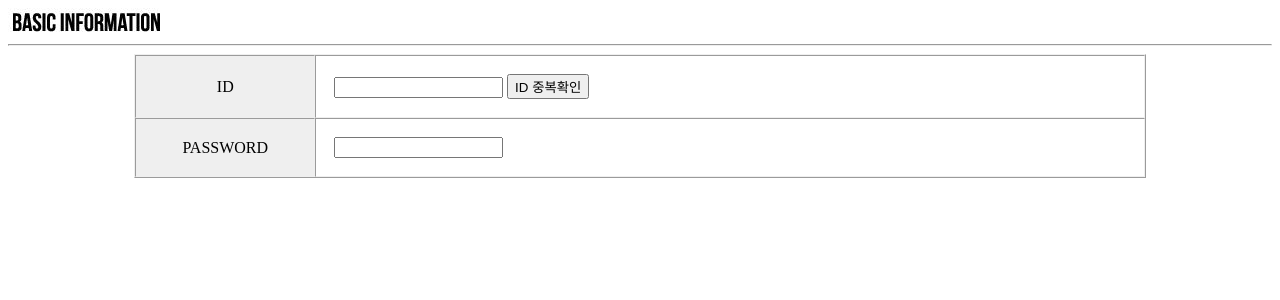
Repository: kminjoo/Making-website-using-JSP
Page: http://localhost/website_project/Register.jsp
The author's editor kept a copy of each file at every save. The page is drawn from the files as they stood at one save, then again after the next save.
The browser window is 1280 px wide. The pictures show the whole page.
The page is served by Tomcat 9. Other server files are loaded and not shown.

Above is the page before, as saved 2015-07-21 14:02:21.

### website_project/WebContent/Register.jsp
<%@ page language="java" contentType="text/html; charset=EUC-KR"
    pageEncoding="EUC-KR"%>
<!DOCTYPE html PUBLIC "-//W3C//DTD HTML 4.01 Transitional//EN" "http://www.w3.org/TR/html4/loose.dtd">
<html>
<head>
<meta http-equiv="Content-Type" content="text/html; charset=EUC-KR">
<title>Welcome to Minjoo's Website!</title>
<link href="style.css" rel="stylesheet" type="text/css">

<script language="JavaScript" src="script.js"></script>
</head>
<body>
<div><img src="<%=request.getContextPath() %>/images/basicInfo.JPG"/></div>
<hr>
<table border="1" cellpadding="18" cellspacing="1" width="80%" align="center">
<form name="regForm" method="post" action="RegisterProc.jsp">
	<tr>
		<td width="13%" align="center" bgcolor="#EFEFEF">ID</td>
		<td width="60%"><input type="text" name="mem_id" size="18">
		<input type="button" value="ID 중복확인" onClick="idCheck(this.form.mem_id.value)"></td>
	</tr>
	<tr>
		<td width="13%" align="center" bgcolor="#EFEFEF">PASSWORD</td>
		<td width="60%"><input type="password" name="mem_passwd" size="18">
	</tr>
</table>
</form>

</body>
</html>

### website_project/WebContent/style.css
@CHARSET "EUC-KR";

hr {
    display: block;
    margin-top: 0.5em;
    margin-bottom: 0.5em;
    margin-left: auto;
    margin-right: auto;
    border-style: inset;
    border-width: 1px;
}

table {
    display: table;
    border-collapse: collpase;
    border-spacing: 0px;
    border-color: #EFEFEF;
}

### website_project/WebContent/script.js
/**
 *
 */


function loginCheck(){
	if(document.login.mem_id.value==""){
		alert("Enter your ID.");
		document.login.mem_id.focus();
		return;
	}
	if(document.login.mem_passwd.value==""){
		alert("Enter your password.");
		document.login.mem_passwd.focus();
		return;
	}
	document.login.submit();

}

function memberReg(){
	location.href ="Register.jsp";
}
function idCheck(id){
	if(id == ""){
	alert("Enter your ID.");
	document.regForm.mem_id.focus();
	}else{
		url="IdCheck.jsp?mem_id=" + id;
		window.open(url,"post","width=300,height=150");
	}
}

function inputCheck(){
	if(document.regForm.mem_id.value==""){
		alert("Enter your ID.");
		document.regForm.mem_id.focus();
		return;
	}
	if(document.regForm.mem_password.value==""){
		alert("Enter your Password.");
		document.regForm.mem_password.focus();
		return;
	}
	if(document.regForm.mem_repasswd.value==""){
		alert("Enter your Password.");
		document.regForm.mem_repasswd.focus();
		return;
	}

	if(document.regForm.mem_password.value != document.regForm.mem_repasswd.value){
		alert("Passwords do not match.");
		document.regForm.mem_passwd.focus();
		return;
	}

	if(document.regForm.mem_firstname.value==""){
		alert("Enter your first name.");
		document.regForm.mem_firstname.focus();
		return;
	}
	if(document.regForm.mem_lastname.value==""){
		alert("Enter your last name.");
		document.regForm.mem_lastname.focus();
		return;
	}
	if(document.regForm.mem_email.value==""){
		alert("Enter your email address.");
		document.regForm.mem_email.focus();
		return;
	}
	if(document.regForm.mem_phone1.value==""){
		alert("Enter your phone number.");
		document.regForm.mem_phone1.focus();
		return;
	}
	if(document.regForm.mem_phone2.value==""){
		alert("Enter your phone number.");
		document.regForm.mem_phone2.focus();
		return;
	}
	if(document.regForm.mem_phone3.value==""){
		alert("Enter your phone number.");
		document.regForm.mem_phone3.focus();
		return;
	}

	var str = document.regForm.mem_email.value;
	var atPos = str.indexOf('@');
	var atLastPos = str.lastIndexOf('@');
	var dotPos = str.indexOf('.');
	var spacePos = str.indexOf(' ');
	var commaPos = str.indexOf(',');
	var emailSize = str.length;

	if(atPos>1 && atPos == atLastPos && dotPos > 3 && spacePos == -1 &&
			commaPos == -1 && atPos + 1 < dotPos && dotPos + 1 < emailSize );
	else{
		alert("This e-mail address is incorrectly formatted. \n\r Please try again.");
		document.regForm.mem_email.focus();
		return;
	}

	document.regForm.submit();
}

function inputCheck2(){
	if(document.regForm.mem_id.value==""){
		alert("Enter your ID.");
		document.regForm.mem_id.focus();
		return;
	}
	if(document.regForm.mem_password.value==""){
		alert("Enter your Password.");
		document.regForm.mem_password.focus();
		return;
	}

	if(document.regForm.mem_firstname.value==""){
		alert("Enter your first name.");
		document.regForm.mem_firstname.focus();
		return;
	}
	if(document.regForm.mem_lastname.value==""){
		alert("Enter your last name.");
		document.regForm.mem_lastname.focus();
		return;
	}
	if(document.regForm.mem_email.value==""){
		alert("Enter your email address.");
		document.regForm.mem_email.focus();
		return;
	}
	if(document.regForm.mem_phone1.value==""){
		alert("Enter your phone number.");
		document.regForm.mem_phone1.focus();
		return;
	}
	if(document.regForm.mem_phone2.value==""){
		alert("Enter your phone number.");
		document.regForm.mem_phone2.focus();
		return;
	}
	if(document.regForm.mem_phone3.value==""){
		alert("Enter your phone number.");
		document.regForm.mem_phone3.focus();
		return;
	}

	var str = document.regForm.mem_email.value;
	var atPos = str.indexOf('@');
	var atLastPos = str.lastIndexOf('@');
	var dotPos = str.indexOf('.');
	var spacePos = str.indexOf(' ');
	var commaPos = str.indexOf(',');
	var emailSize = str.length;

	if(atPos>1 && atPos == atLastPos && dotPos > 3 && spacePos == -1 &&
			commaPos == -1 && atPos + 1 < dotPos && dotPos + 1 < emailSize );
	else{
		alert("This e-mail address is incorrectly formatted. \n\r Please try again.");
		document.regForm.mem_email.focus();
		return;
	}

	document.regForm.submit();
}

function win_close()
{
	self.close();
}

function searchInputCheck(sform){
	if(sform.search.value==""){
	alert("Enter what you want to search");
	sform.search.focus();
	return false;
}
	sform.submit();
}

After the next save:
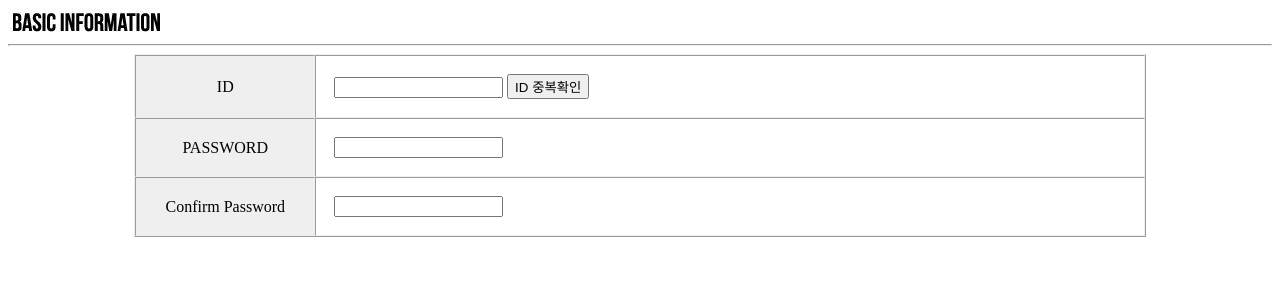
Saved 77 s later.
--- a/website_project/WebContent/Register.jsp
+++ b/website_project/WebContent/Register.jsp
@@ -23,6 +23,10 @@
 		<td width="13%" align="center" bgcolor="#EFEFEF">PASSWORD</td>
 		<td width="60%"><input type="password" name="mem_passwd" size="18">
 	</tr>
+	<tr>
+		<td width="13%" align="center" bgcolor="#EFEFEF">Confirm Password</td>
+		<td width="60%"><input type="password" name="mem_passwd" size="18">
+	</tr>
 </table>
 </form>
 
